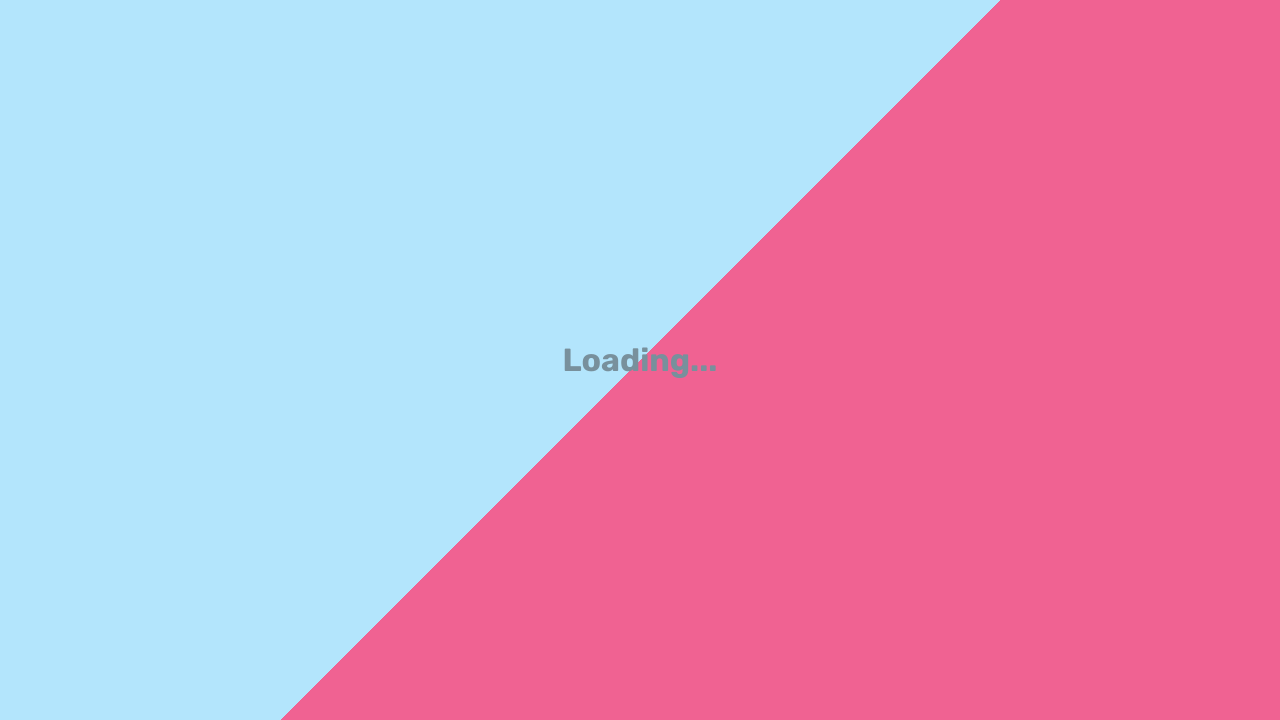
Repository: zhapar/dad-jokes
Page: /, after clicking the first element matching `button.JokeList-getmore`
An editor plug-in stored every save of this project. The page is shown before and after the next save, followed by the edit.
The browser window is 1280 px wide. The pictures show the whole page.
The page's requests for data from a server got no answer. The project was rebuilt for these pictures with package versions that can differ from the ones it lists, and the page was loaded fresh each time. No one was signed in, and anything a server would have sent is missing. Also part of the build but not shown: src/Joke.css, src/Joke.js.

Above is the page before, as saved 2020-08-30 12:37:27.

After the next save:
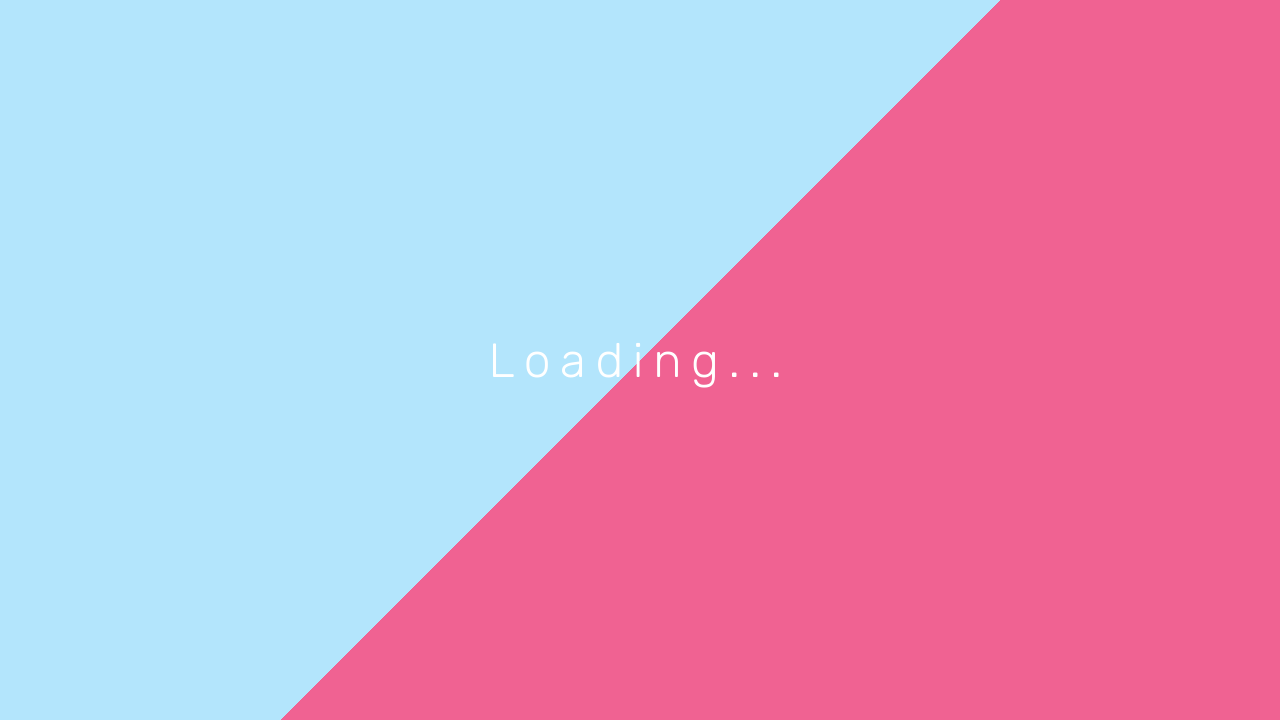
Saved 7 s later.
--- a/src/JokeList.js
+++ b/src/JokeList.js
@@ -65,7 +65,7 @@ class JokeList extends Component {
       return (
         <div className="Jokes-spinner">
           <i className="far fa-laugh fa-8x fa-spin"></i>
-          <h1 className="Jokes-title">Loading...</h1>
+          <h1 className="JokeList-title">Loading...</h1>
         </div>
       );
     }
